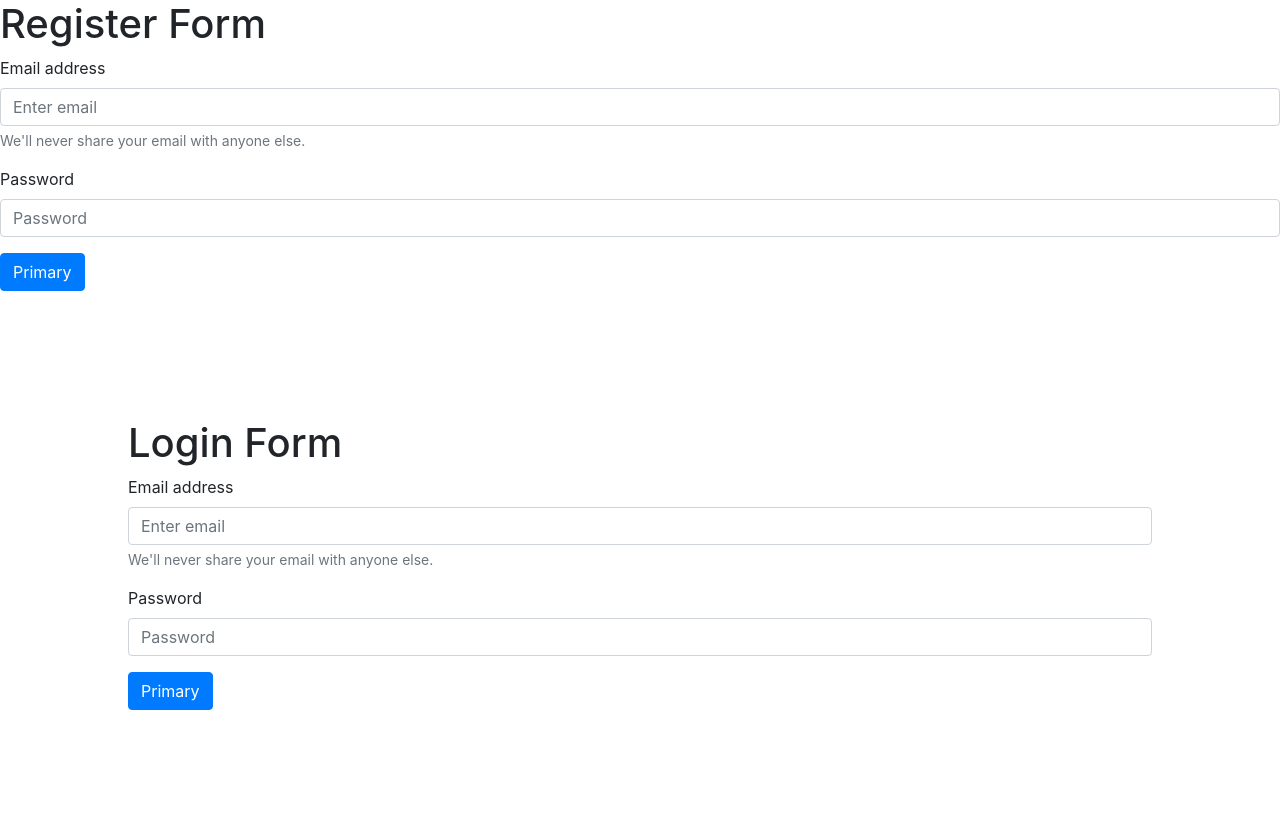
Repository: lalji-yadav/Register-Login-and-CRUD-using-token-and-Without-token-based
Page: /login
The author's editor kept a copy of each file at every save. The page is drawn from the files as they stood at one save, then again after the next save.
The browser window is 1280 px wide. The pictures show the whole page.
The project was rebuilt for these pictures with package versions that can differ from the ones it lists, and the page was loaded fresh each time. Also part of the build but not shown: src/App.css.

Above is the page before, as saved 2021-02-01 18:34:10.

### src/App.js
import logo from './logo.svg';
import './App.css';
import Login from "./auth/login";
import Register from "./auth/register";

function App() {
  return (
    <div>
       <Register />
       <Login />
    </div>
  );
}

export default App;

### src/auth/login.js
import React from 'react';
import {Form,Button} from 'react-bootstrap';

const Login = () => {
    return (
        <div style={{padding:"10%"}}>
            <h1> Login Form </h1>
            <Form>
                <Form.Group controlId="formBasicEmail">
                    <Form.Label>Email address</Form.Label>
                    <Form.Control type="email" placeholder="Enter email" />
                    <Form.Text className="text-muted">
                    We'll never share your email with anyone else.
                    </Form.Text>
                </Form.Group>

                <Form.Group controlId="formBasicPassword">
                    <Form.Label>Password</Form.Label>
                    <Form.Control type="password" placeholder="Password" />
                </Form.Group>
                {/* <Form.Group controlId="formBasicCheckbox">
                    <Form.Check type="checkbox" label="Check me out" />
                </Form.Group> */}
                </Form>

            <Button type="button" class="btn btn-primary">Primary</Button>
        </div>
    );
};

export default Login;

### src/auth/register.js
import React from 'react';
import {Form,Button} from 'react-bootstrap';

const Register = () => {
    return (
        <div>
           <h1> Register Form </h1>
            <Form>
                <Form.Group controlId="formBasicEmail">
                    <Form.Label>Email address</Form.Label>
                    <Form.Control type="email" placeholder="Enter email" />
                    <Form.Text className="text-muted">
                    We'll never share your email with anyone else.
                    </Form.Text>
                </Form.Group>

                <Form.Group controlId="formBasicPassword">
                    <Form.Label>Password</Form.Label>
                    <Form.Control type="password" placeholder="Password" />
                </Form.Group>
                {/* <Form.Group controlId="formBasicCheckbox">
                    <Form.Check type="checkbox" label="Check me out" />
                </Form.Group> */}
                </Form>

            <Button type="button" class="btn btn-primary">Primary</Button>
        </div>
    );
};

export default Register;

Loaded but not shown: public/index.html (common file); src/index.js (common file); src/index.css (common file); src/reportWebVitals.js (common file)

After the next save:
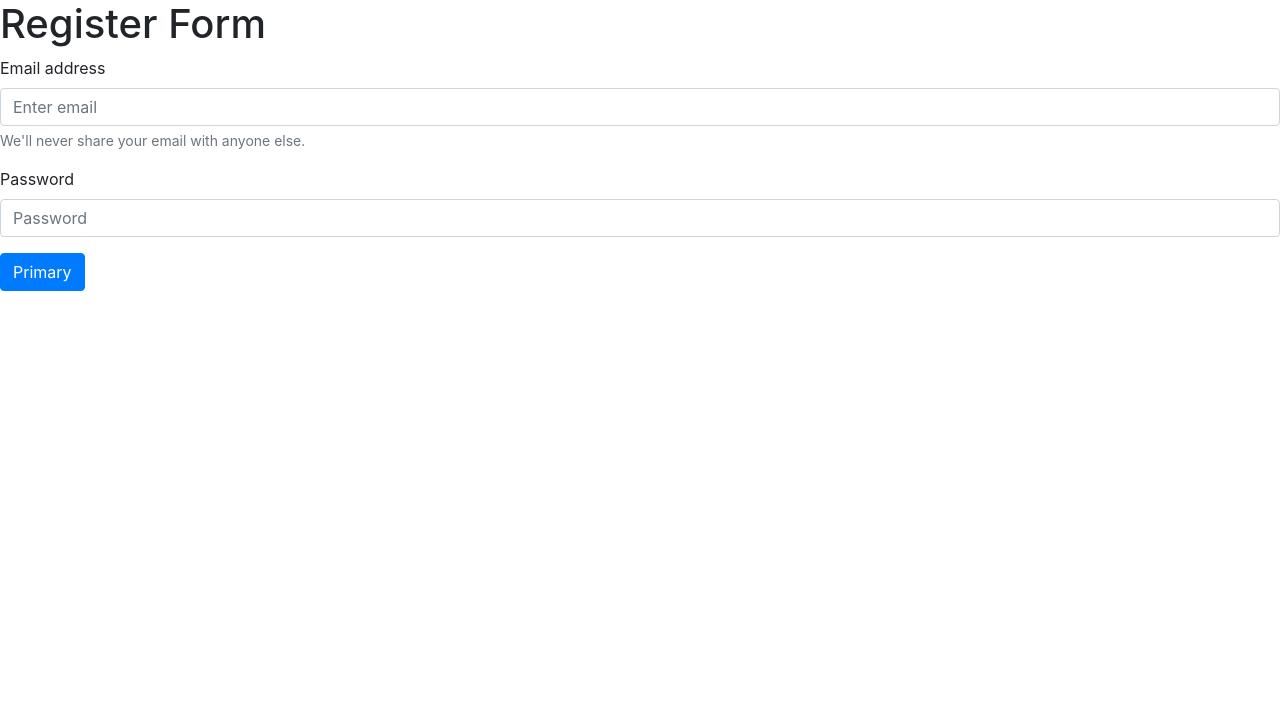
Saved 17 s later.
--- a/src/App.js
+++ b/src/App.js
@@ -7,7 +7,7 @@ function App() {
   return (
     <div>
        <Register />
-       <Login />
+       {/* <Login /> */}
     </div>
   );
 }
